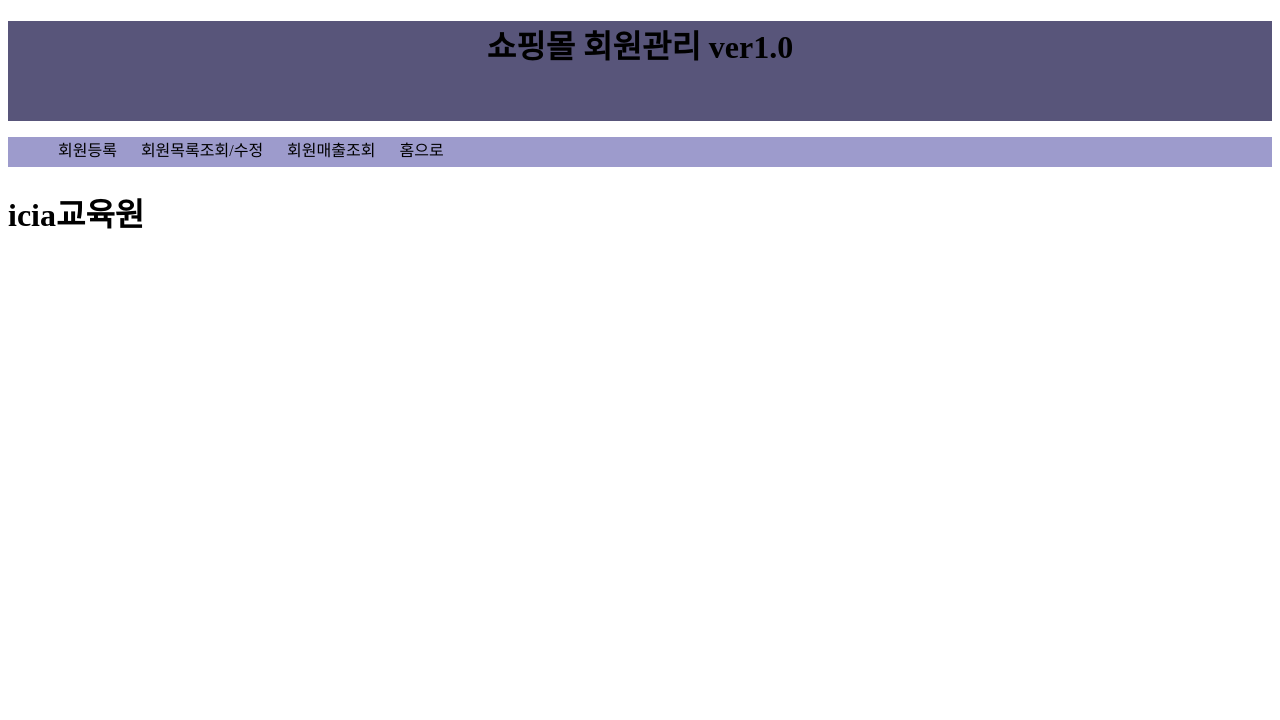
Repository: Kim-seongjun/javastudy2
Page: http://localhost/back_end_test/
These files come from the project's save history. The page is drawn as it stood at one moment and after the next save; the edit follows.
The browser window is 1280 px wide. The pictures show the whole page.
The page is served by Tomcat 9.

Above is the page before, as saved 2020-01-22 01:27:48.

After the next save:
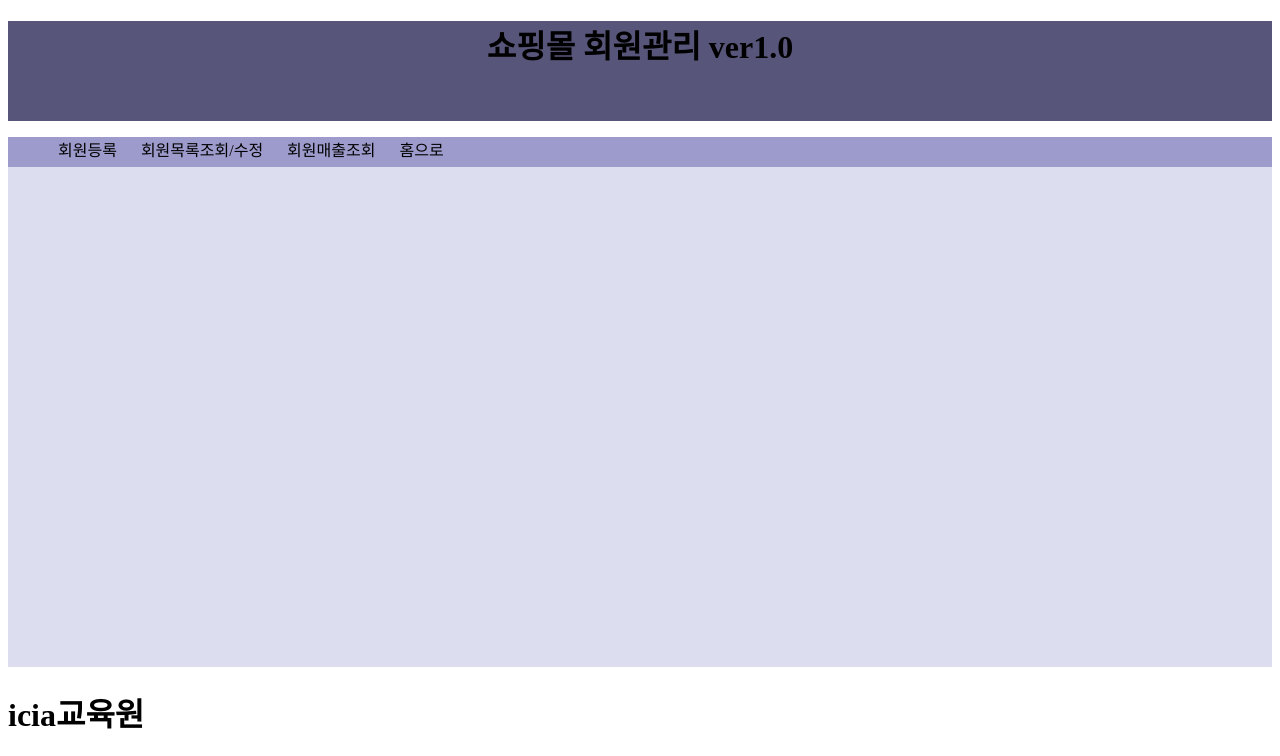
Saved 13 s later.
--- a/back_end_test/WebContent/index.jsp
+++ b/back_end_test/WebContent/index.jsp
@@ -13,6 +13,7 @@
 }
 #section{
 	background-color: #DDDDF0;
+	height: 500px;
 }
 </style>
 </head>
